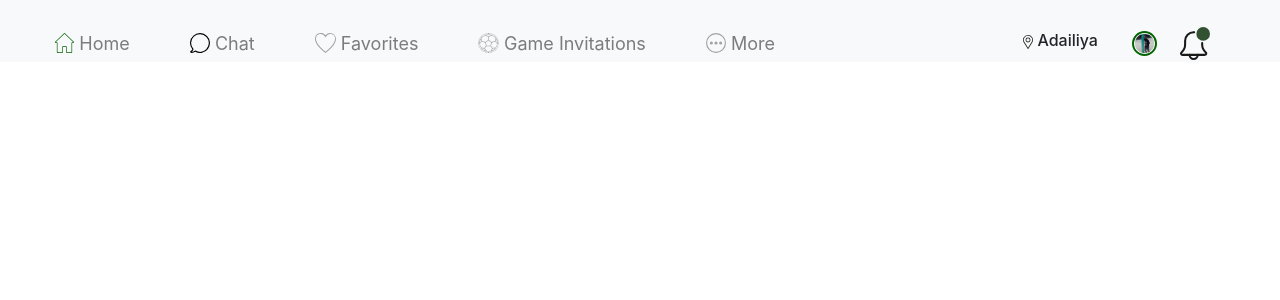
Repository: usman-yousuf/football-website
Page: Home/home.html
The author's editor kept a copy of each file at every save. The page is drawn from the files as they stood at one save, then again after the next save.
The browser window is 1280 px wide. The pictures show the whole page.

Above is the page before, as saved 2021-08-18 11:22:09.
Console error: ReferenceError: $ is not defined

After the next save:
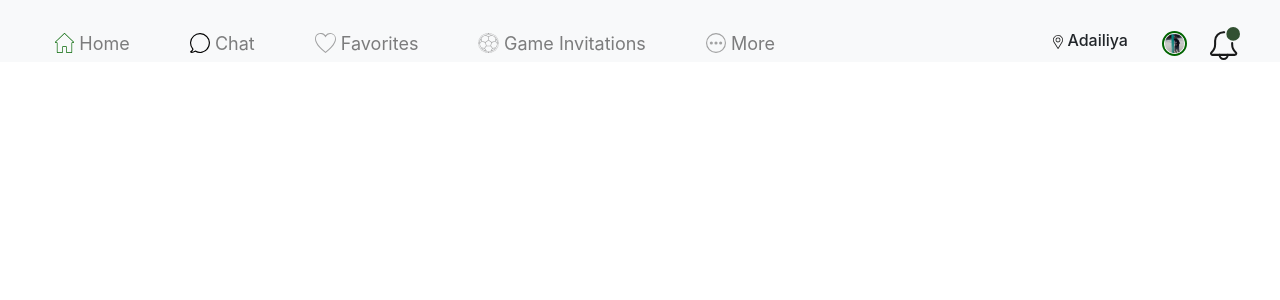
Saved 25 s later.
--- a/assets/main.css
+++ b/assets/main.css
@@ -32,7 +32,7 @@
   font-weight: 500;
 }
 .social-part {
-  margin-right: 7rem;
+  margin-right: 4rem;s
 }
 .nav_profile {
   width: 2.5rem;
